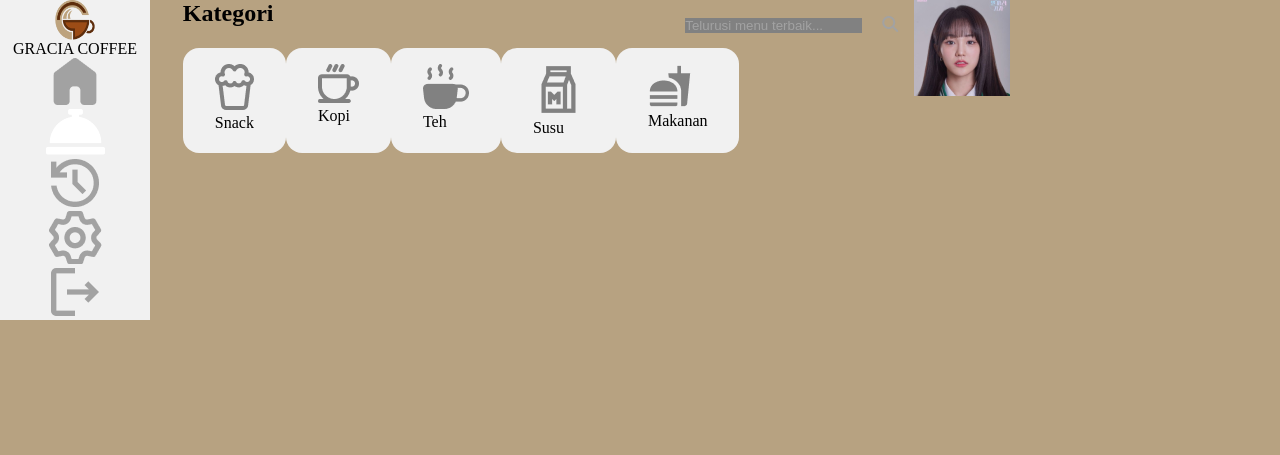
Repository: DanielChuaaa/sbd2
Page: index.html
These files come from the project's save history. The page is drawn as it stood at one moment and after the next save; the edit follows.
The browser window is 1280 px wide. The pictures show the whole page.
Some web libraries are served in a nearby version.

Above is the page before, as saved 2023-10-20 10:46:07.

### index.html
<!DOCTYPE html>
<html lang="en">
<head>
    <meta charset="UTF-8">
    <meta name="viewport" content="width=device-width, initial-scale=1.0">
    <title>Document</title>
    <link href="https://fonts.googleapis.com/css2?family=Roboto+Mono:wght@400;600;700&display=swap" rel="stylesheet" />
    <link
      rel="stylesheet"
      href="https://cdnjs.cloudflare.com/ajax/libs/font-awesome/6.1.2/css/all.min.css"
      integrity="sha512-1sCRPdkRXhBV2PBLUdRb4tMg1w2YPf37qatUFeS7zlBy7jJI8Lf4VHwWfZZfpXtYSLy85pkm9GaYVYMfw5BC1A=="
      crossorigin="anonymous"
      referrerpolicy="no-referrer"
    />
    <link rel="stylesheet" href="style.css">
</head>
<body>
    <div class="container">
        <div class="grid-wrapper">
            <div class="icon">
                <img src="/assets/logo projek SBD 1.png" width="40px" height="40px" alt="logo">
                <p>GRACIA COFFEE</p>
                <a href="#"><img src="./assets/home.png" alt="home"></a>
                <a href="#"><img src="./assets/menu.png" alt="menu"></a>
                <a href="#"><img src="./assets/history.png" alt="history"></a>
                <a href="#"><img src="./assets/setting.png" alt="setting"></a>

                <a href="#"><img src="./assets/logout.png" alt="logout"></a>
            </div>

            <div class="content">
                <div class="nav">
                    <h2>Kategori</h2>
                    <div class="inputWrapper">
                        <input type="text" name="text" id="text" class="input" placeholder="Telurusi menu terbaik...">
                        <i class="fa-solid fa-magnifying-glass"></i>
                    </div>
                </div>

                <div class="menu">
                    <div class="iconMenu"><a href="#"><img src="./assets/popcorn.png" alt="popcorn"></a>
                        <p>Snack</p>
                    </div>
                    <div class="iconMenu"><a href="#"><img src="./assets/kopi.png" alt="kopi"></a>
                        <p>Kopi</p>
                    </div>
                    <div class="iconMenu"><a href="#"><img src="./assets/teh.png" alt="teh"></a>
                        <p>Teh</p>
                    </div>
                    <div class="iconMenu"><a href="#"><img src="./assets/susu.png" alt="susu"></a>
                        <p>Susu</p>
                    </div>
                    <div class="iconMenu"><a href="#"><img src="./assets/makanan.png" alt="makanan"></a>
                        <p>Makanan</p>
                    </div>
                </div>
            </div>

            <div class="order">
                <img src="/assets/g_8___8_idola_cantik_berbakat_alumni_sm_entertainment_yang_sudah_debut_di_girlgroup_agensi_lain_p_eks_sm_trainee-20220408-001-non_fotografer_kly 1.png" alt="">
            </div>
        </div>
    </div>
</body>
</html>

### style.css
:root{
    --clr-primary-100: #B7A281;

    --clr-neutral-100: #818181;
    --clr-neutral-200: #A2A2A2;
    --clr-neutral-300: #D9D9D9;
    --clr-neutral-400: #F8F8F8;
    --clr-neutral-500:  #f1f1f1;

    --ff: "Roboto Mono", monospace;

    --fw-regular: 400;
    --fw-semi-bold: 600;
    --fw-bold: 700;
}

*{
    box-sizing: border-box;
    margin: 0;
    padding: 0;
}

body{
    background-color: #B7A281;
}

.grid-wrapper{
    display: grid;
    grid-template-columns: 0.5fr 2fr 1fr;
}

.icon{
    background: var(--clr-neutral-500);

    display: flex;
    flex-direction: column;

    align-items: center;
    max-width: 150px;
}

.fa-solid{
    color: var(--clr-neutral-200);
    padding: 1rem;
}


/* content */

.nav{
    display: flex;
    justify-content: space-between;
}

.input{
    background: var(--clr-neutral-100);

    border: none;

}

::placeholder{
    color: var(--clr-neutral-200);
}

.menu{
    display: flex;

}

.iconMenu{
    background: var(--clr-neutral-500);

    padding: 1rem 2rem;
    border-radius: 1rem;
}

After the next save:
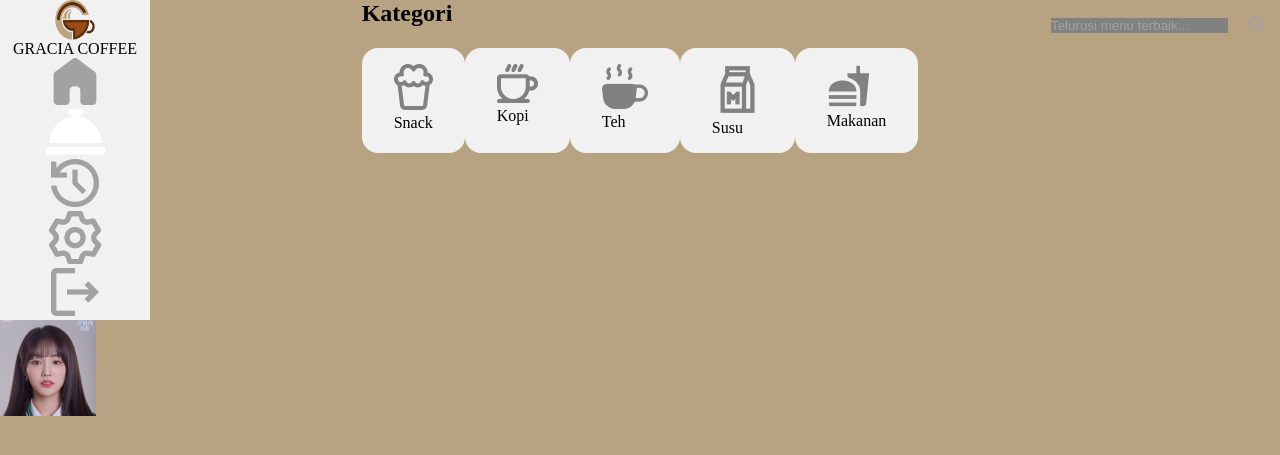
Saved 67 s later.
--- a/style.css
+++ b/style.css
@@ -26,7 +26,7 @@ body{
 
 .grid-wrapper{
     display: grid;
-    grid-template-columns: 0.5fr 2fr 1fr;
+    grid-template-columns: 0.5fr auto;
 }
 
 .icon{
